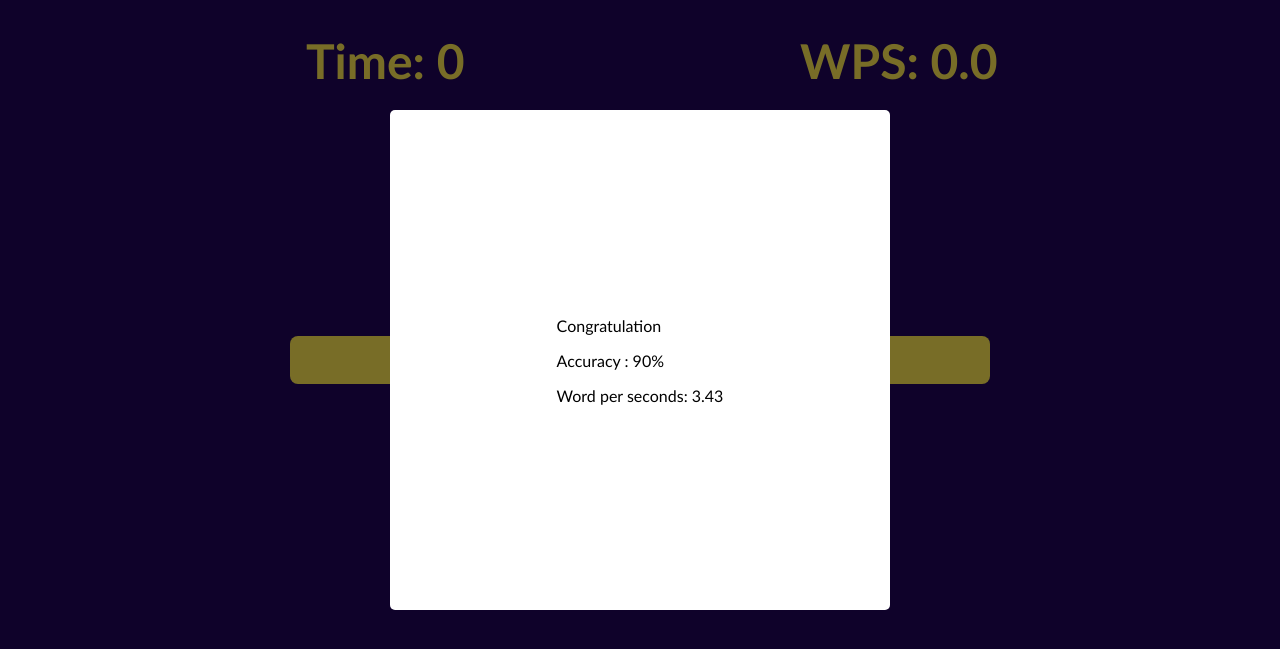
Repository: KhangNguyenIU/Vanilajs-TypingSpeed
Page: index.html
These files come from the project's save history. The page is drawn as it stood at one moment and after a run of saves; the edit follows.
The browser window is 1280 px wide. The pictures show the whole page.
The page's requests for data from a server got no answer.

Above is the page before, as saved 2021-10-15 11:14:44.

### index.html
<!DOCTYPE html>
<html lang="en">
  <head>
    <meta charset="UTF-8" />
    <meta http-equiv="X-UA-Compatible" content="IE=edge" />
    <meta name="viewport" content="width=device-width, initial-scale=1.0" />
    <link rel="stylesheet" href="style.css" />
    <script src="script.js" defer></script>
    <title>Typing Game</title>
  </head>
  <body>
    <body>
      <div class="container">
        <div class="timer">
          <span>Time: </span>
          <span id="timer">0</span>
        </div>
        <div class="word-speed">
          <span> WPS: </span>
          <span id="word-speed"> 0.0 </span>
        </div>
        <div class="quote-display" id="quoteDisplay"></div>
      </div>

      <div class="modal" id ="modal">
          <div class="modal-body">
              <p>Congratulation</p>
              <p>Accuracy : 90%</p>
              <p>Word per seconds: 3.43</p>
          </div>
      </div>
      <div id="overlay">

      </div>
    </body>
  </body>
</html>

### style.css
* {
    box-sizing: border-box;
  }

  body {
    display: flex;
    justify-content: center;
    align-items: center;
    min-height: 100vh;
    margin: 0;
    background-color: #1E0555;
  }

  body, .quote-input {
    font-family: 'Gill Sans', 'Gill Sans MT', Calibri, 'Trebuchet MS', sans-serif;
  }

  .container {
    background-color: #F0DB4F;
    padding: 1rem;
    border-radius: .5rem;
    width: 700px;
    max-width: 90%;
  }

  #overlay {
    position: fixed;
    opacity: 1;
    transition: 200ms ease-in-out;
    top: 0;
    left: 0;
    right: 0;
    bottom: 0;
    background-color: rgba(0, 0, 0, .5  );
    pointer-events: none;
  }

  .modal {
    position: fixed;
    top: 50%;
    left: 50%;
    transform: translate(-50%, -50%) ;
    transition: 200ms ease-in-out;
    border-radius: 5px;
    z-index: 10;
    background-color: white;
    width: 500px;
    height: 500px;
    max-width: 80%;
    display: flex;
    flex-direction: column;
    justify-content: center;
    align-items: center;
  }

  .modal-body{
    di
  }
  .timer {
    position: absolute;
    top: 2rem;
    font-size: 3rem;
    color: #F0DB4F;
    font-weight: bold;
  }

  .word-speed {
    position: absolute;
    top: 2rem;
    left:50rem;
    font-size: 3rem;
    color: #F0DB4F;
    font-weight: bold;
  }

  .quote-display {
    margin-bottom: 1rem;
    margin-left: calc(1rem + 2px);
    margin-right: calc(1rem + 2px);
    font-size: 26px;
    letter-spacing: 1.5px;
    line-height: 40px;
    color: rgba(0,0,0,.5);
  }

  .current-char{
    color:black;
    text-decoration: underline;

  }

  .quote-input {
    background-color: transparent;
    border: 2px solid #A1922E;
    outline: none;
    width: 100%;
    height: 8rem;
    margin: auto;
    resize: none;
    padding: .5rem 1rem;
    font-size: 1rem;
    border-radius: .5rem;
  }

  .quote-input:focus {
    border-color: black;
  }

  .correct {
    color: green;
  }

  .incorrect {
    color: red;
  }

### script.js
const RANDOM_QUOTE_API_URL = "http://api.quotable.io/random"
const quoteDisplayElement = document.getElementById('quoteDisplay')
const quoteInputElement = document.getElementById('quoteInput')
const timerDisplay = document.getElementById("timer")
const wordSpeedDisplay = document.getElementById('word-speed')
const blockedKey = [91, 20, 18, 17, 16, 13, 9]
let current = 0
let correct = 0
let duration;
let wordSpeed;
let flag = false
let startTime;
var interval;
function getRandomQuote() {
    return fetch(RANDOM_QUOTE_API_URL)
        .then(response => response.json())
        .then(data => data.content)
}

const startTimer = () => {
    let current = new Date()
    duration = Math.floor((current - startTime) / 1000)
    wordSpeed = (correct / duration).toFixed(2);
    wordSpeedDisplay.innerText = wordSpeed
    timerDisplay.innerText = duration
}


document.addEventListener('keydown', onTyping)

function onTyping(event) {

    if (!flag) {
        startTime = new Date()
        interval = setInterval(startTimer, 1000)
        flag = true
    }
    let arrayQuote = quoteDisplayElement.querySelectorAll("span")

    if (!blockedKey.includes(event.keyCode)) {
        if (event.key == arrayQuote[current].innerText) {
            arrayQuote[current].classList.remove("current-char")
            arrayQuote[current].classList.add("correct")
            current = current += 1;
            correct += 1
            if (current < arrayQuote.length)
                arrayQuote[current].classList.add("current-char")
            if (current >= arrayQuote.length) {
                clearInterval(interval)
                return;
            }
        }

        else {
            // arrayQuote[current].classList.remove("current-char")
            arrayQuote[current].classList.add("incorrect")
        }
    }

}

async function renderNewQuote() {
    const quote = await getRandomQuote();
    quoteDisplayElement.innerHTML = ""
    quote.split("").forEach(element => {
        const characterSpan = document.createElement("span")
        characterSpan.innerText = element
        quoteDisplayElement.appendChild(characterSpan)
    });
    quoteDisplayElement.querySelector("span").classList.add("current-char")
}



renderNewQuote()

After the next 2 saves:
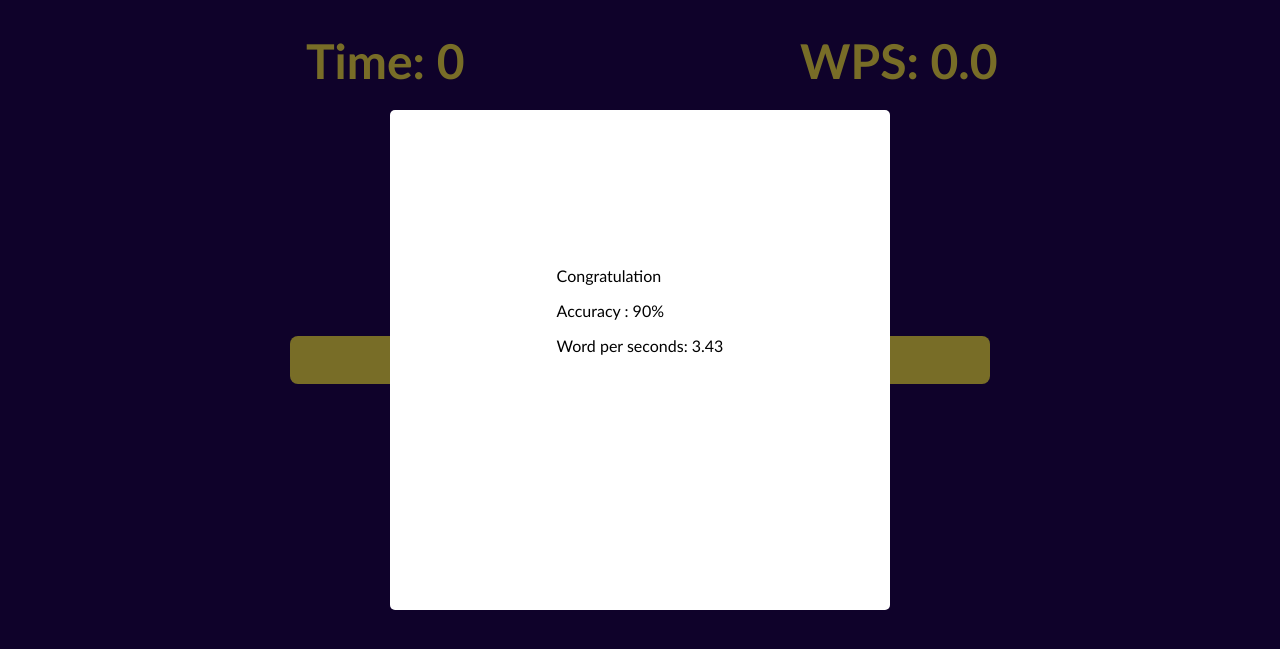
The 2 saves are shown as one change because they came seconds apart.
The last was saved 23 s later.
--- a/style.css
+++ b/style.css
@@ -54,7 +54,7 @@
   }
 
   .modal-body{
-    di
+    margin-top: -100px;
   }
   .timer {
     position: absolute;
